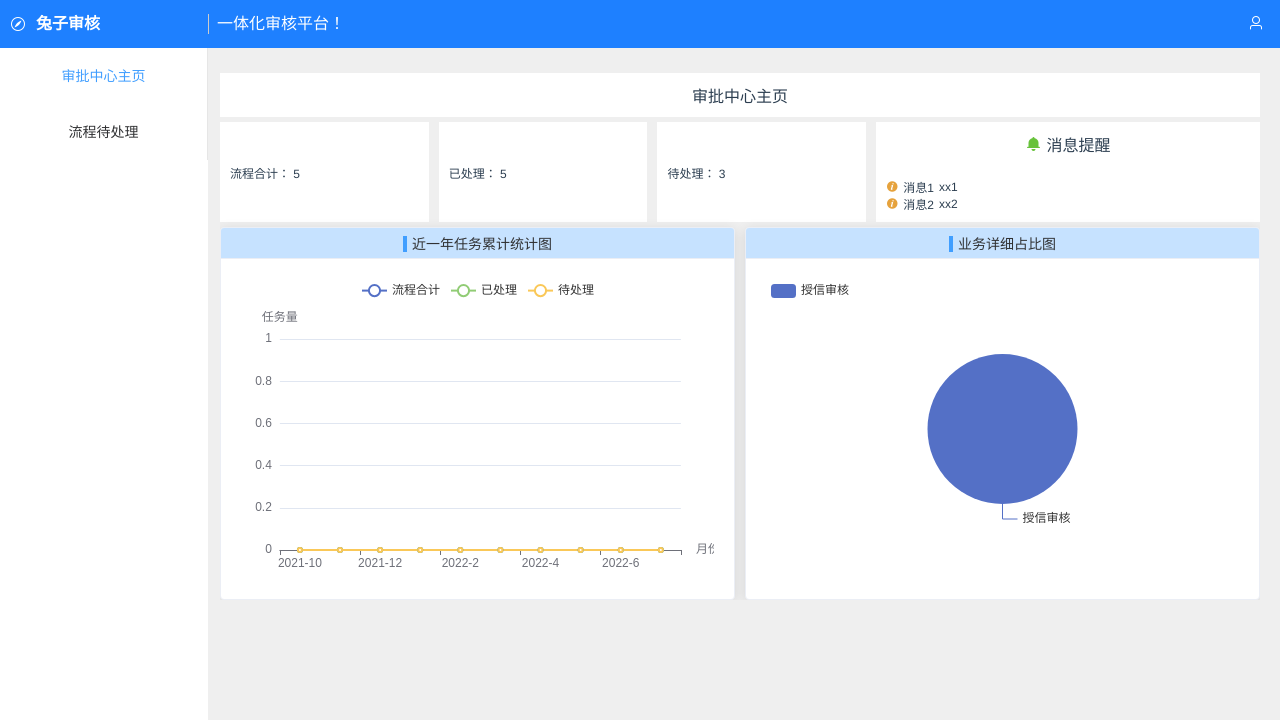
Repository: lucky-LoL735/lois
Page: / (app in project-audit/)
These files come from the project's save history. The page is drawn as it stood at one moment and after a run of saves; the edit follows.
The browser window is 1280 px wide. The pictures show the whole page.
The project was rebuilt for these pictures with package versions that can differ from the ones it lists, and the page was loaded fresh each time. Also part of the build but not shown: project-audit/vue.config.js, project-audit/src/views/ToDo.vue, project-audit/src/views/LogDetail.vue, project-audit/src/views/FlowView.vue, project-audit/src/views/HandleTask.vue, project-audit/src/views/SeeLog.vue.

Above is the page before, as saved 2022-11-17 17:21:12.

After the next 2 saves:
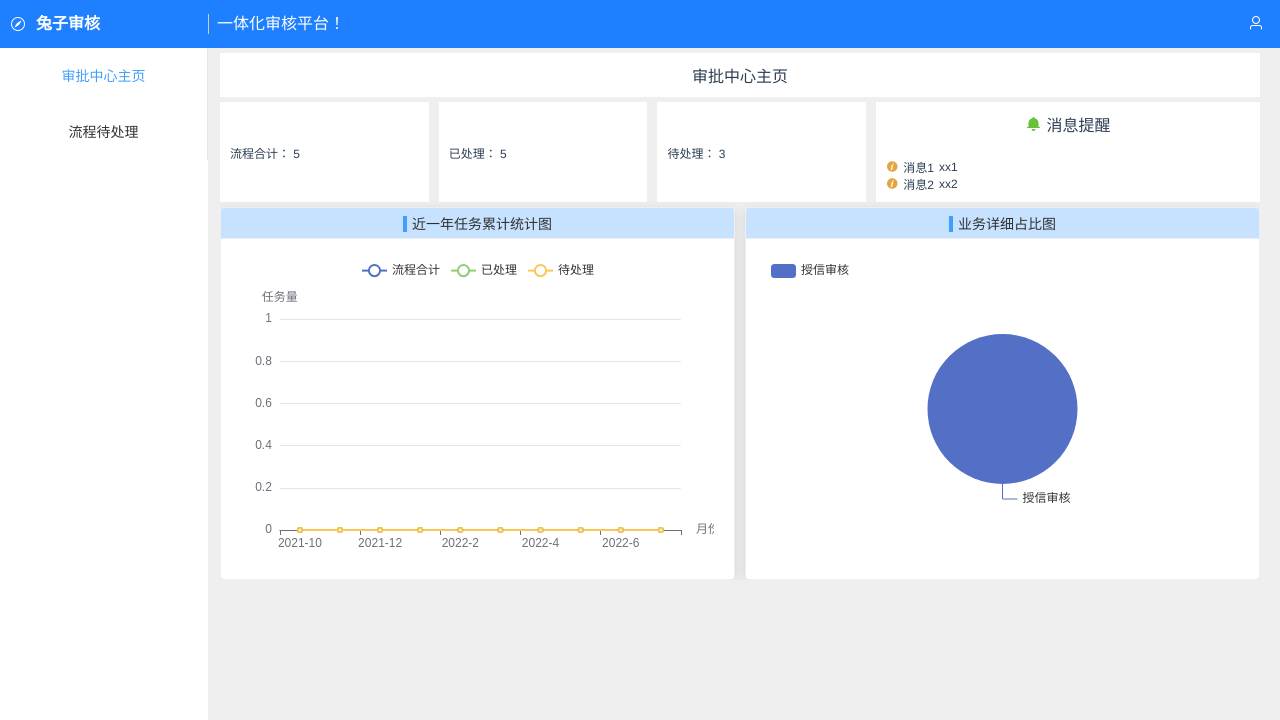
The 2 saves are shown as one change because they came seconds apart.
The last was saved 16 s later.
--- a/project-audit/src/App.vue
+++ b/project-audit/src/App.vue
@@ -153,7 +153,7 @@ export default {
 
   .content {
     margin-left: 200px;
-    margin-top: 53px;
+    margin-top: 33px;
   }
 }
 </style>
